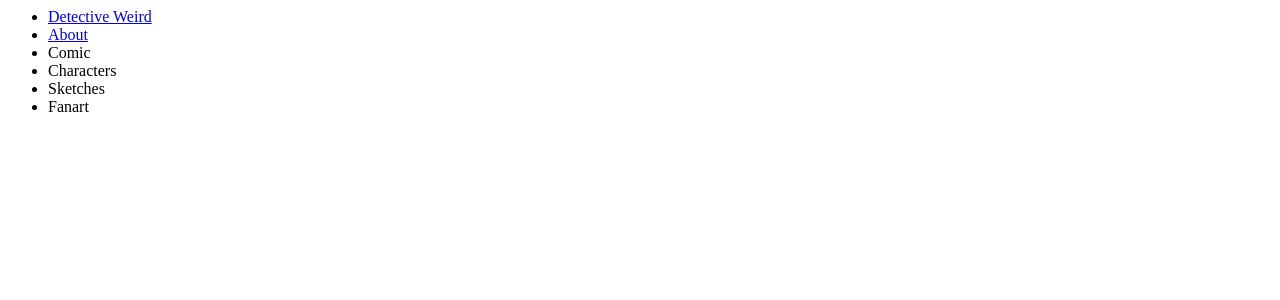
Repository: Prinnyoverlordally/detectiveweird.github.io
Page: _includes/nav.html
The author's editor kept a record of every edit. The page is drawn from the files as they stood at one moment, then again after the next edit.
The browser window is 1280 px wide. The pictures show the whole page.

Above is the page before.

### _includes/nav.html
<ul class="nav">
    <li>
        <a href="/">Detective Weird</a>
    </li>
    <li>
        <a href="/about/">About</a>
    </li>
    <li>Comic</li>
    <li>Characters</li>
    <li>Sketches</li>
    <li>Fanart</li>
</ul>

After the next edit:
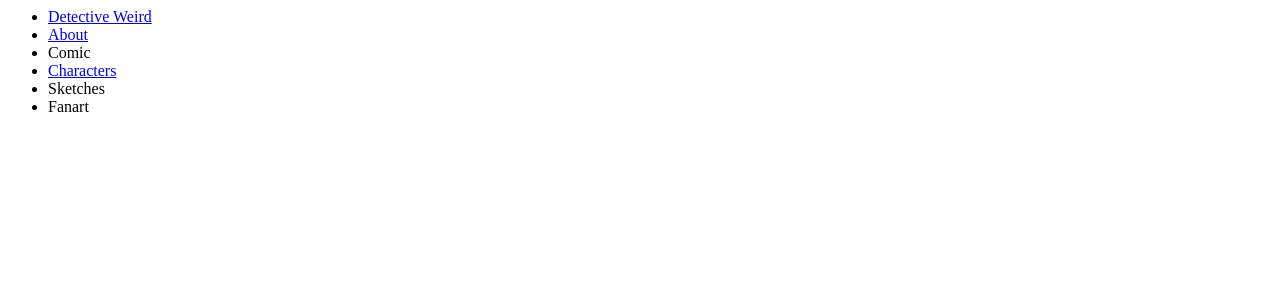
The edit:
--- a/_includes/nav.html
+++ b/_includes/nav.html
@@ -6,7 +6,9 @@
         <a href="/about/">About</a>
     </li>
     <li>Comic</li>
-    <li>Characters</li>
+    <li>
+        <a href="/characters/">Characters</a>
+    </li>
     <li>Sketches</li>
     <li>Fanart</li>
 </ul>
